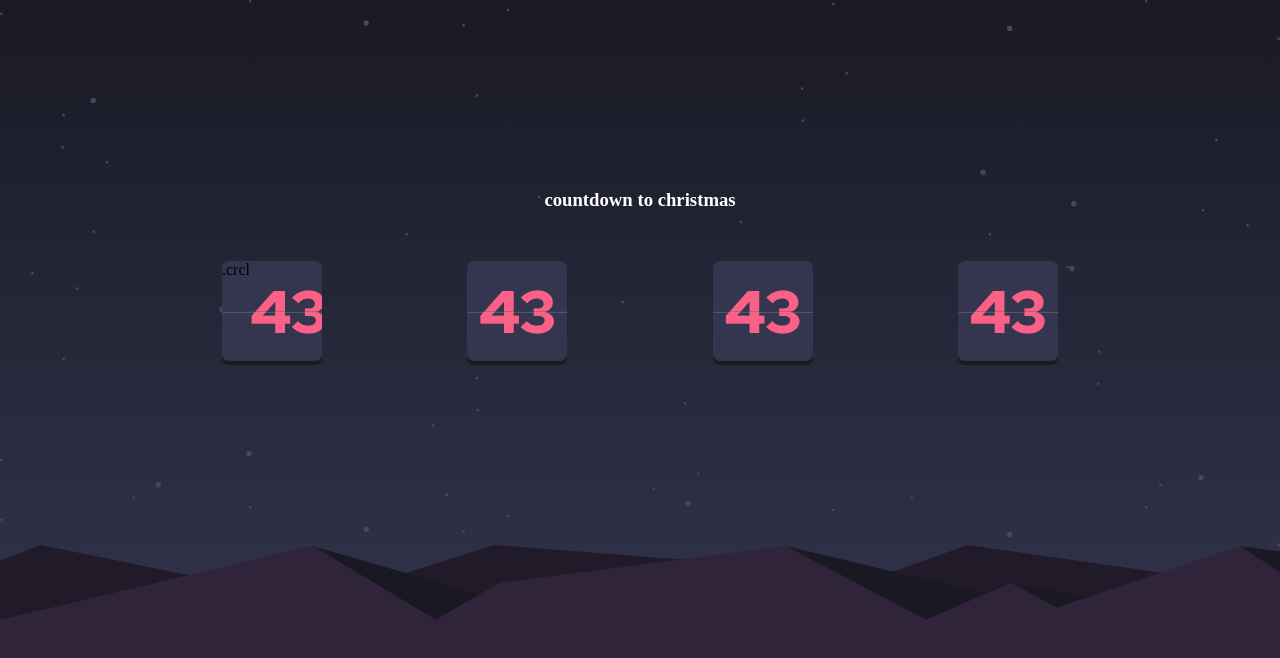
Repository: Eugene44-hub/countdown
Page: index.html
These files come from the project's save history. The page is drawn as it stood at one moment and after the next save; the edit follows.
The browser window is 1280 px wide. The pictures show the whole page.

Above is the page before, as saved 2021-09-12 03:36:57.

After the next save:
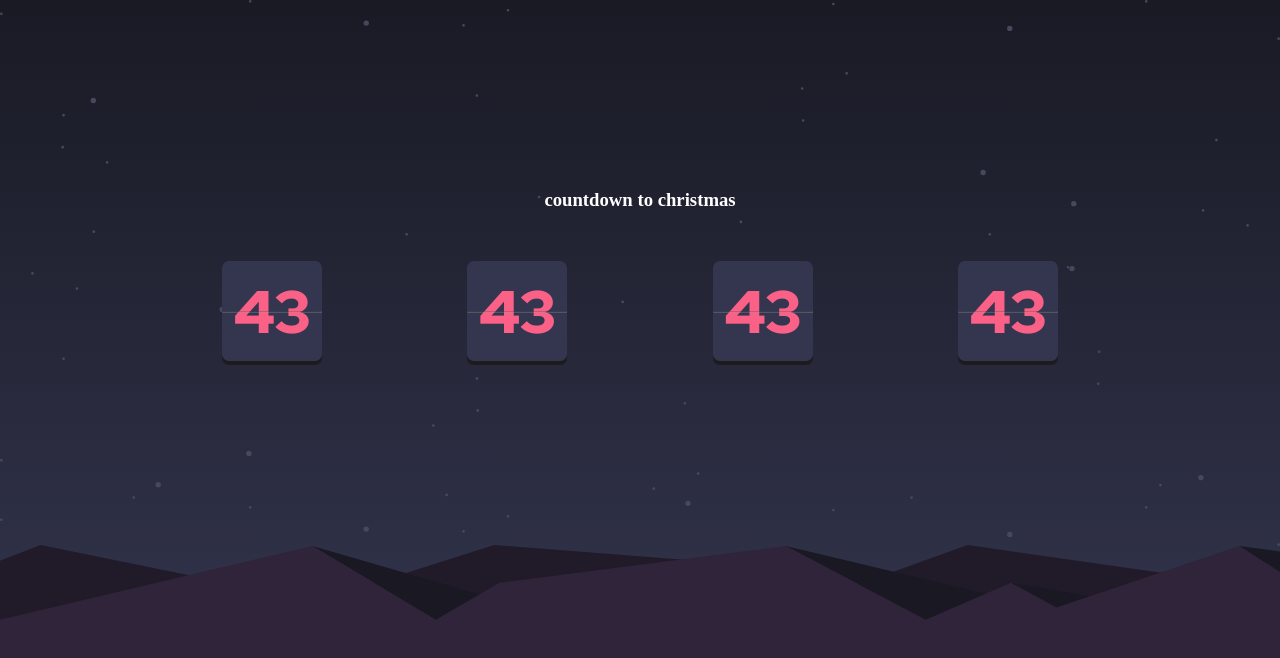
Saved 8 s later.
--- a/index.html
+++ b/index.html
@@ -16,7 +16,7 @@
         <div class="timer ">
             <h3 class="col10">countdown to christmas</h3>
             <div class="card">
-                .crcl
+                <div class="circle"></div>
                 <p>43</p>
                 <hr> </div>
             <div class="card">
